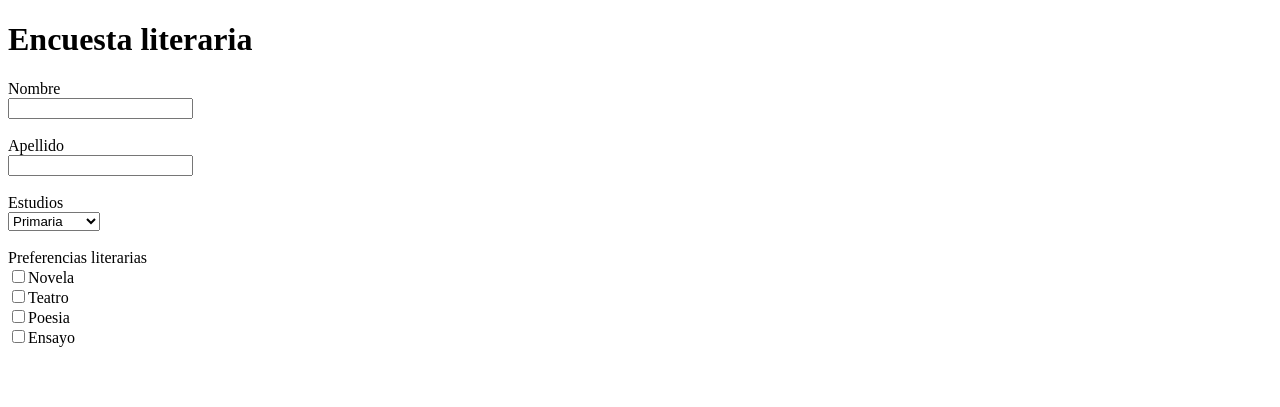
Repository: cabotillo/javaee
Page: Encuesta/WebContent/index.html
An editor plug-in stored every save of this project. The page is shown before and after the next save, followed by the edit.
The browser window is 1280 px wide. The pictures show the whole page.

Above is the page before, as saved 2017-02-16 17:53:50.

After the next save:
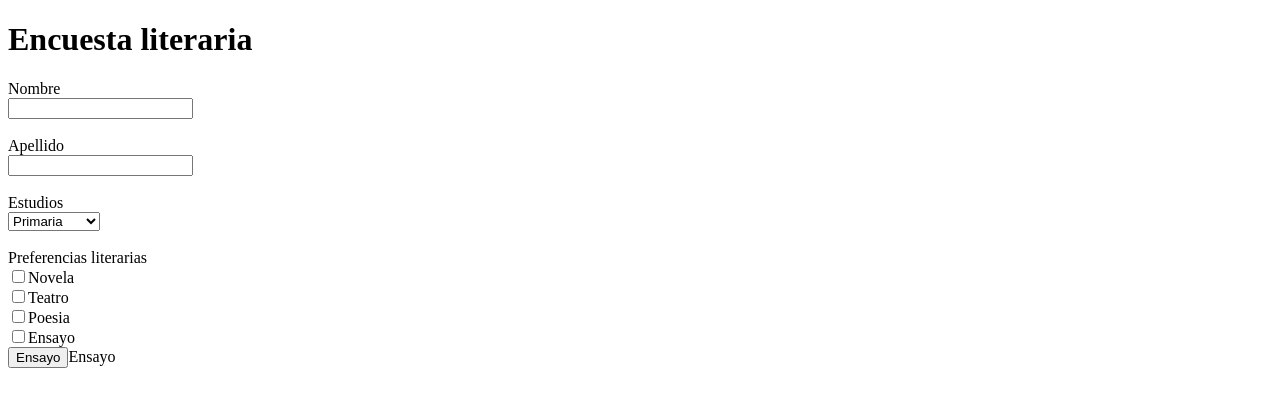
Saved 11 s later.
--- a/Encuesta/WebContent/index.html
+++ b/Encuesta/WebContent/index.html
@@ -14,6 +14,9 @@ Preferencias literarias<br><input type="checkbox" name="preferencias" value="Nov
 <input type="checkbox" name="preferencias" value="Teatro" cheked>Teatro<br>
 <input type="checkbox" name="preferencias" value="Poesia" cheked>Poesia<br>
 <input type="checkbox" name="preferencias" value="Ensayo" cheked>Ensayo<br>
+
+<input type="submit" name="preferencias" value="Ensayo" cheked>Ensayo<br>
+
 </form>
 </body>
 </html>
